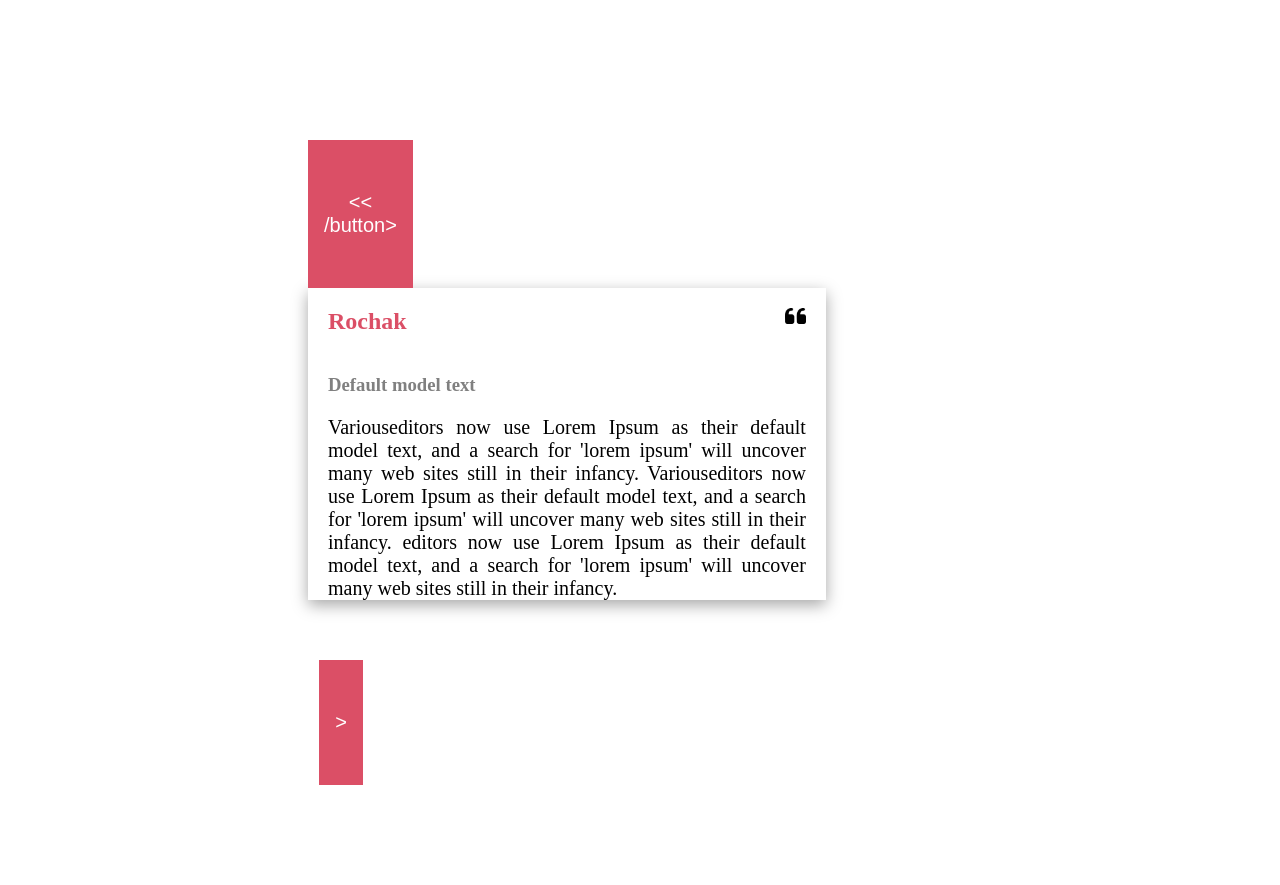
Repository: AVINKUMARP/gifts
Page: demo2.html
These files come from the project's save history. The page is drawn as it stood at one moment and after the next save; the edit follows.
The browser window is 1280 px wide. The pictures show the whole page.

Above is the page before, as saved 2023-08-24 14:26:07.

### demo2.html
<!DOCTYPE html>
<html lang="en">

<head>
    <meta charset="UTF-8">
    <meta name="viewport" content="width=device-width, initial-scale=1.0">
    <title>Document</title>
    <style>
        .container {
            display: flex;
            flex-wrap: wrap;
            text-align: center;
            margin: 100px 300px;
        }

        .cbutl {
            width: 10%;
        }

        .cpara {
            width: 78%;
            box-shadow: rgba(0, 0, 0, 0.35) 0px 5px 15px;
        }

        .cbutr {
            width: 10%;
        }

        .csub {
            display: flex;
            flex-wrap: wrap;
            justify-content: space-between;
        }

        .cbutl button {
            background-color: #db4f66;
            color: white;
            border: 1px solid #db4f66;
            padding: 50px 15px;
            font-size: 20px;
        }

        .cbutl {
            padding-top: 40px;
        }

        .cbutr button {
            background-color: #db4f66;
            color: white;
            border: 1px solid #db4f66;
            padding: 50px 15px;
            font-size: 20px;
        }

        .cbutr {
            padding-top: 40px;
        }

        .csub h2 {
            text-align: start;

        }

        .ch h2 {
            color: #db4f66;
        }

        .cpara h3 {
            color: gray;
        }

        .cpara h3 {
            text-align: start;
            padding: 0 20px;
        }

        .cpara p {
            text-align: justify;
            font-size: 20px;
            padding: 0 20px;
        }

        .cicon {
            padding-top: 20px;
            text-align: end;
        }

        .csub {
            padding: 0 20px;
        }
    </style>
</head>

<body>
    <div class="container">
        <div class="consub">
            <div class="cbutl"><button>
                    << /button>
            </div>
            <div class="cpara">
                <div class="csub">
                    <div class="ch">
                        <h2>Rochak</h2>
                    </div>
                    <div class="cicon"><img src="./images/icon.png" alt="loading..." width="8%"></div>
                </div>
                <h3>Default model text</h3>
                <p>Variouseditors now use Lorem Ipsum as their default model text, and a search for 'lorem ipsum' will
                    uncover many web sites still in their infancy. Variouseditors now use Lorem Ipsum as their default
                    model text, and a search for 'lorem ipsum' will uncover many web sites still in their infancy.
                    editors now use Lorem Ipsum as their default model text, and a search for 'lorem ipsum' will uncover
                    many web sites still in their infancy.</p>
            </div>
            <div class="cbutr"><button>></button></div>
        </div>

    </div>
</body>

</html>

After the next save:
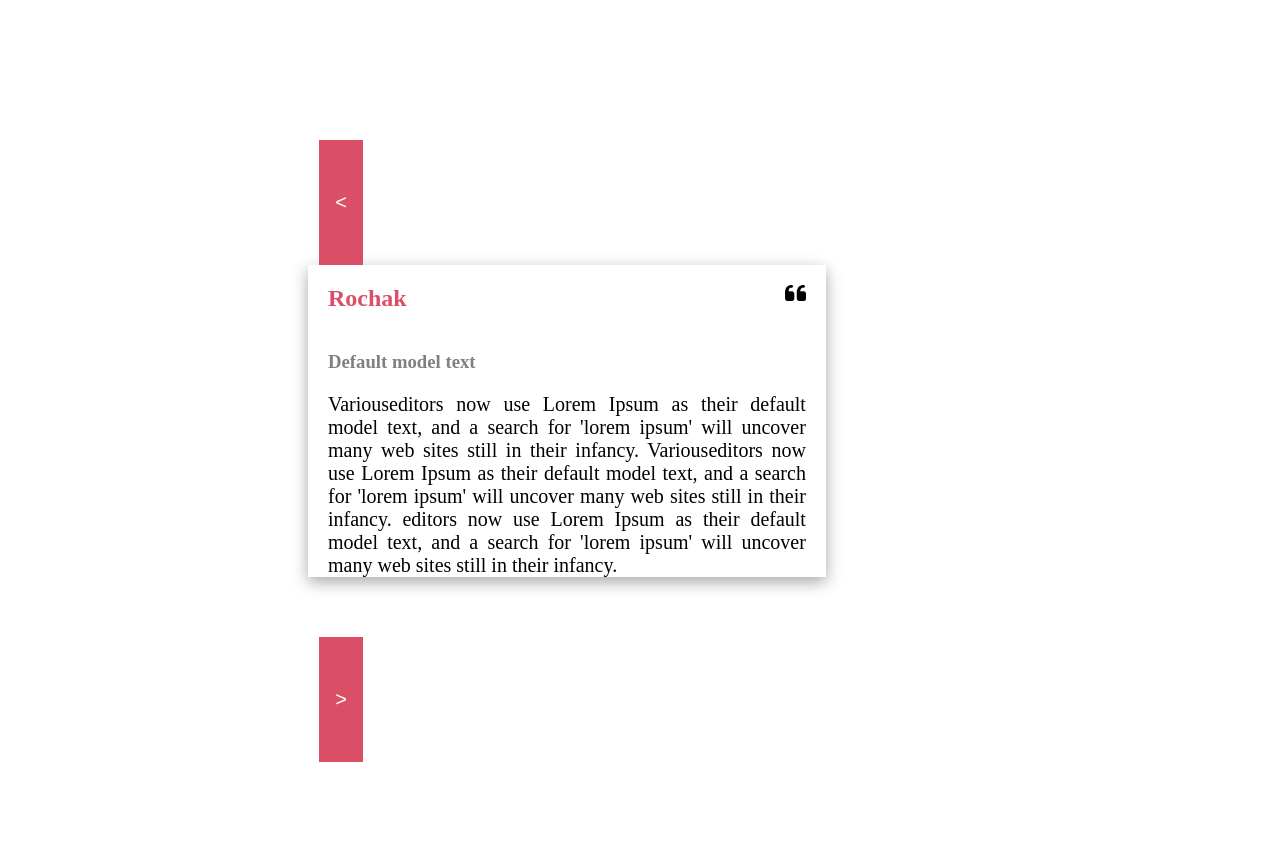
Saved 18 s later.
--- a/demo2.html
+++ b/demo2.html
@@ -94,8 +94,7 @@
 <body>
     <div class="container">
         <div class="consub">
-            <div class="cbutl"><button>
-                    << /button>
+            <div class="cbutl"><button><</button>
             </div>
             <div class="cpara">
                 <div class="csub">
